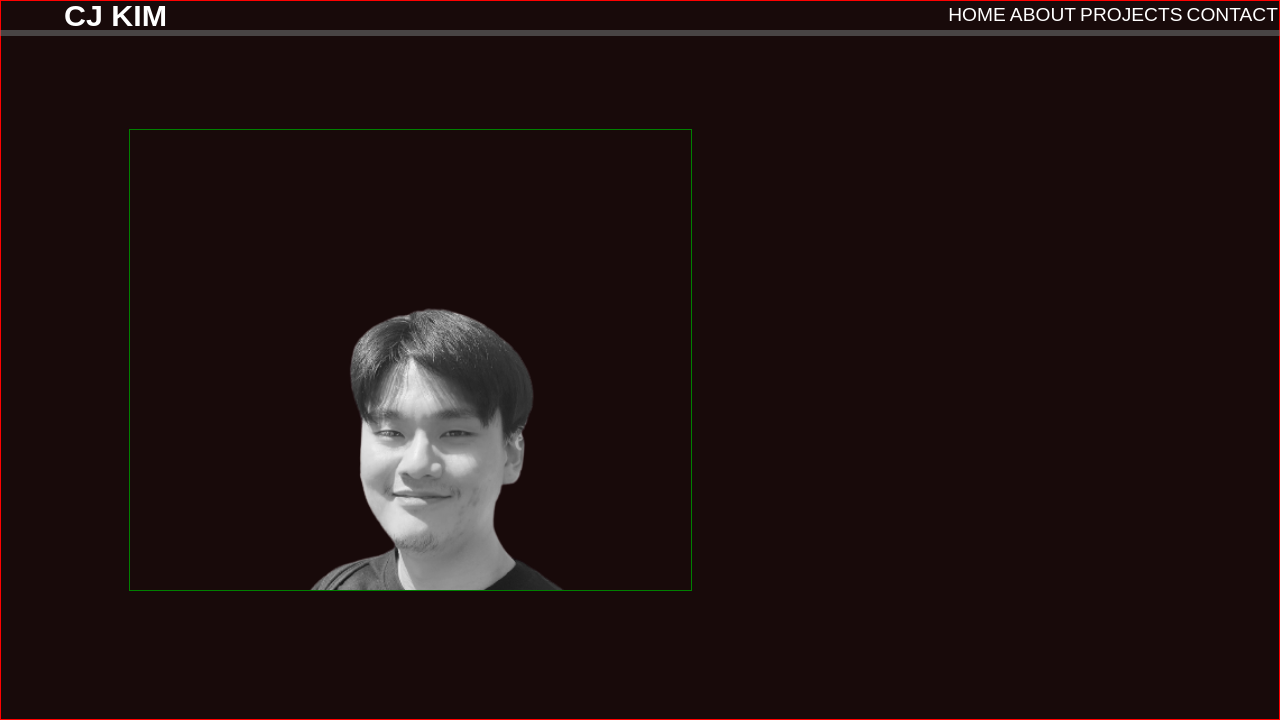
Repository: rlatlswo135/port
Page: /about
An editor plug-in stored every save of this project. The page is shown before and after the next save, followed by the edit.
The browser window is 1280 px wide. The pictures show the whole page.
The project was rebuilt for these pictures with package versions that can differ from the ones it lists, and the page was loaded fresh each time. Also part of the build but not shown: src/App.css, src/Pages/Start.jsx, src/Pages/Home.jsx, src/Pages/Contact.jsx, src/Components/Project.jsx, src/Pages/Port.jsx, src/Components/ProjectDetail.jsx.

Above is the page before, as saved 2022-04-07 03:19:50.

### src/index.js
import React from 'react';
import ReactDOM from 'react-dom';
import {createRoot} from 'react-dom/client'
import './index.css';
import App from './App';
import reportWebVitals from './reportWebVitals';

const container = document.getElementById('root')
const root = createRoot(container)

root.render(
  <React.StrictMode>
    <App />
  </React.StrictMode>,
);

// If you want to start measuring performance in your app, pass a function
// to log results (for example: reportWebVitals(console.log))
// or send to an analytics endpoint. Learn more: https://bit.ly/CRA-vitals
reportWebVitals();

### src/App.js
import './App.css';
import {createGlobalStyle} from 'styled-components'
import {BrowserRouter,Route,Routes} from 'react-router-dom'
import Start from './Pages/Start'
import Home from './Pages/Home'
import Contact from './Pages/Contact'
import Port from './Pages/Port'
import About from './Pages/About'
import ProjectDetail from './Components/ProjectDetail'
import {data} from './data'
const GlobalStyle = createGlobalStyle`
@import url('https://fonts.googleapis.com/css2?family=Source+Sans+Pro&display=swap');
  body{
    background-color:#180A0A;
    margin:0px;
    color:#F7F5F2;
    font-family: 'Source Sans Pro', sans-serif;
    transform: translate(0.02deg);
  }
  a{
    text-decoration: none;
    color:white;
  }
  div{
    margin: 0px;
    box-sizing: border-box;
  }
`
function App() {

  return (
    <>
      <GlobalStyle />
      <BrowserRouter>
        <Routes>
          <Route path='/' element={<Start/>} />
          <Route path='/home' element={<Home/>} />
          <Route path='/port' element={<Port/>} />
          <Route path='/port/:project' element={<ProjectDetail />} />
          <Route path='/contact' element={<Contact />} />
          <Route path='/about' element={<About />} />
        </Routes>
      </BrowserRouter>
    </>
  );
}

export default App;

### src/Pages/About.jsx
import React from 'react';
import Nav from '../Components/Nav'
import styled from 'styled-components'
import profile from '../profile1.png'
import profile2 from '../profile.png'
import profile3 from '../profile3.png'
import profile4 from '../profile4.png'

const Container = styled.div`
    height:100vh;
    max-height:100vh;
`
const AboutBox = styled.div`
    height:100%;
    display:flex;
    border:1px solid red;
    padding:10%;
`
const Img = styled.div`
    padding:5%;
    border:1px solid green;
    background-image: url(${profile3});
    background-size: cover;
    flex:1;
`
const Text = styled.div`
    flex:1;
`
const About = () => {
    return (
        <Container>
            <Nav />
            <AboutBox>
                <Img></Img>
                <Text></Text>
            </AboutBox>
        </Container>
    );
};

export default About;

### src/data.js
import ohJeju from './slideImg/ohJeju.png'
import umMarket from './slideImg/umMarket.png'
import coinTracker from './slideImg/coinTracker.png'

export const data = {
    2022:[
        {
            title:'Um-Market',
            content:`Redux이용, '재고관리'가 목적인 간단한 쇼핑몰`,
            img:umMarket,
            month:2,
            git:'https://github.com/rlatlswo135/UmMarket',
            type:'Solo',
            url:"https://rlatlswo135.github.io/"
        },
        {
            title:'Coin-Trackker',
            content:`API이용 간단한 Coin 시세 Tracker`,
            img:coinTracker,
            month:4,
            git:'https://github.com/rlatlswo135/coin-track',
            type:'Solo',
            url:"https://rlatlswo135.github.io/coin-track/"
        }
    ],
    2021:[
        {
            title:'Oh!-Jeju!',
            content:`socketIO를 이용, 채팅기능을 넣은 제주도 여행 플래너`,
            img:ohJeju,
            month:10,
            git:'https://github.com/codestates/Ohjeju',
            type:'Team',
            url:"https://oh-jeju.link/",
            notion:'https://www.notion.so/Ohjeju-ec1b7746c5eb4a14a219a184fd2427be'
        }
    ]
}

### src/Components/Nav.jsx
import React from 'react';
import styled from 'styled-components'
import {Link} from 'react-router-dom'

const Container = styled.div`
    display:flex;
    justify-content: space-between;
    align-items: center;
    height:5%;
    border-bottom: 6px solid rgba(121,127,127,0.5);
    width:100%;
    position: fixed;
    z-index:100;
`
const NavLeft = styled.div`
    font-size:1.9em;
    padding-left:5%;
    font-weight: 900;
`
const NavRight = styled.div`
    flex:0.3;
    display:flex;
    justify-content: space-around;
    font-size:1.2em;
    font-weight: 500;
`
const NavContent = styled.div`

`

const Nav = () => {
    return (
        <Container>
            <NavLeft>
                <Link to="/">
                    CJ KIM
                </Link>
            </NavLeft>
            <NavRight>
                <Link to='/home'>
                    <NavContent>HOME</NavContent>
                </Link>
                <Link to="/about">
                    <NavContent>ABOUT</NavContent>
                </Link>
                <Link to="/port">
                    <NavContent>PROJECTS</NavContent>
                </Link>
                <Link to="/contact">
                    <NavContent>CONTACT</NavContent>
                </Link>
            </NavRight>
        </Container>
    );
};

export default Nav;

Loaded but not shown: public/index.html (common file); src/index.css (common file); src/reportWebVitals.js (common file)

After the next save:
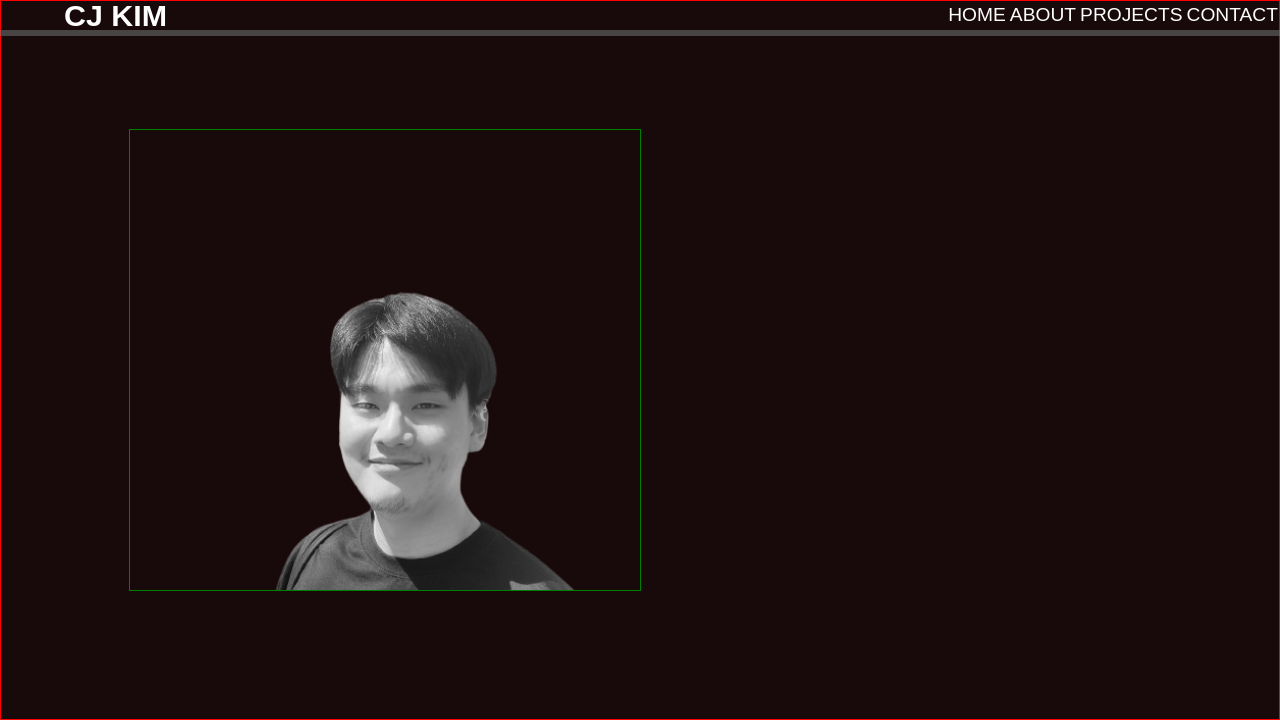
Saved 4 s later.
--- a/src/Pages/About.jsx
+++ b/src/Pages/About.jsx
@@ -17,7 +17,6 @@ const AboutBox = styled.div`
     padding:10%;
 `
 const Img = styled.div`
-    padding:5%;
     border:1px solid green;
     background-image: url(${profile3});
     background-size: cover;
